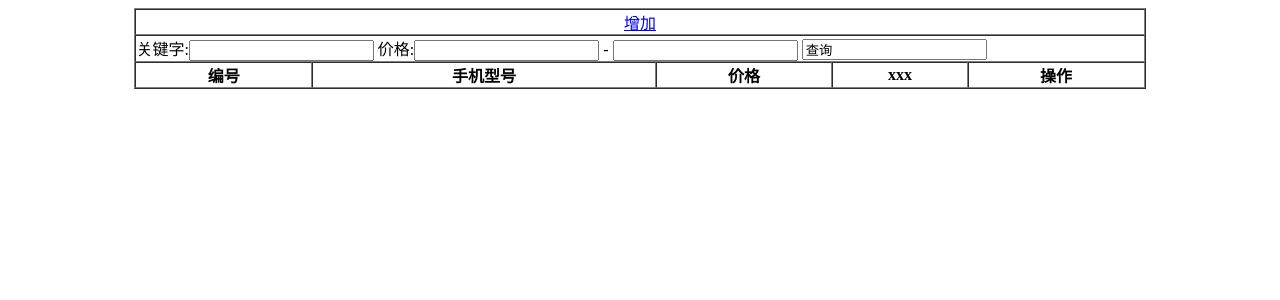
Repository: qyl1006/JavaCode
Page: http://localhost/task02/product
These files come from the project's save history. The page is drawn as it stood at one moment and after the next save; the edit follows.
The browser window is 1280 px wide. The pictures show the whole page.
The page is served by Tomcat 9. Other server files are loaded and not shown. Queries for data that is not in the repository find no rows.

Above is the page before, as saved 2018-03-15 04:42:34.

### workspace/task02/webapp/WEB-INF/views/product/list.jsp
<%@ page language="java" contentType="text/html; charset=UTF-8"
    pageEncoding="UTF-8"%>
<!DOCTYPE html PUBLIC "-//W3C//DTD HTML 4.01 Transitional//EN" "http://www.w3.org/TR/html4/loose.dtd">

<%@ taglib prefix="c" uri="http://java.sun.com/jsp/jstl/core"%>
<html>
<head>
<meta http-equiv="Content-Type" content="text/html; charset=UTF-8">
<title>Insert title here</title>
</head>
<body>
<form action="/product" method="post" id="f1">
	<table align="center" border="1" width="80%" cellpadding="0" cellspacing="0">
		<tr align="center">
			<td colspan="5">
				<a href="/product?cmd=edit">增加</a>
			</td>
		</tr>
		<tr>
			<td colspan="5">
				关键字:<input type="text" name="keyWord" value="${qo.keyWord}"/>
				价格:<input type="number" name="minPrice" valus="${qo.minPrice}"/> -
					<input type="number" name="maxPrice" valus="${qo.maxPrice}"/>
					<input type="text" value="查询"/>
			</td>
		</tr>
		<tr align="center">
			<th>编号</th>
			<th>手机型号</th>
			<th>价格</th>
			<th>xxx</th>
			<th>操作</th>
		</tr>
	<c:forEach items="${result.data}" var="p" varStatus="vs">
		<tr align="center" style="background-color: ${vs.count % 2 == 0 ? '' : 'red'}">
			<td>${p.id}</td>
			<td>${p.name}</td>
			<td>${p.price}</td>
			<td>${p.info}</td>
			<td>
				<a href="/product?cmd=edit&id=${p.id}">编辑</a>
				<a href="/product?cmd=delete&id=${p.id}">删除</a>
			</td>
		</tr>
	</c:forEach>
	</table>
</form>
</body>
</html>

### workspace/task02/src/cn/wolfcode/shop/web/servlet/ProductServlet.java
package cn.wolfcode.shop.web.servlet;

import java.io.IOException;
import java.math.BigDecimal;

import javax.servlet.ServletException;
import javax.servlet.annotation.WebServlet;
import javax.servlet.http.HttpServlet;
import javax.servlet.http.HttpServletRequest;
import javax.servlet.http.HttpServletResponse;

import cn.wolfcode.shop.domain.Product;
import cn.wolfcode.shop.query.PageResult;
import cn.wolfcode.shop.query.ProductQueryObject;
import cn.wolfcode.shop.service.IProduService;
import cn.wolfcode.shop.service.impl.ProduServiceImpl;
import cn.wolfcode.shop.util.StringUtil;

@WebServlet("/product")
public class ProductServlet extends HttpServlet {
	private static final long serialVersionUID = 1L;
	private IProduService service = new ProduServiceImpl();

	public void init() throws ServletException {
		System.out.println(123);
	}

	protected void service(HttpServletRequest req, HttpServletResponse resp)
			throws ServletException, IOException {
		req.setCharacterEncoding("utf-8");
		String cmd = req.getParameter("cmd");
		if("saveOrUpdate".equals(cmd)){
			saveOrUpdate(req, resp);
		}else if("delete".equals(cmd)){
			delete(req, resp);
		}else if("edit".equals(cmd)){
			edit(req, resp);
		}else{
			list(req, resp);
		}

	}
	private void list(HttpServletRequest req, HttpServletResponse resp)
			throws ServletException, IOException {
		ProductQueryObject qo = creatQo(req);
		PageResult result = service.query(qo);

		req.setAttribute("qo", qo);
		req.setAttribute("result", result);

		req.getRequestDispatcher("/WEB-INF/views/product/list.jsp").forward(req, resp);

	}
	private ProductQueryObject creatQo(HttpServletRequest req) {
		ProductQueryObject qo = new ProductQueryObject();

		String currentPage = req.getParameter("currentPage");
		String pageSize = req.getParameter("pageSize");
		String keyWord = req.getParameter("keyWord");
		String minPrice = req.getParameter("minPrice");
		String maxPrice = req.getParameter("maxPrice");

		if(StringUtil.hasLength(currentPage)){
			qo.setCurrentPage(Integer.valueOf(currentPage.trim()));
		}
		if(StringUtil.hasLength(pageSize)){
			qo.setPageSize(Integer.valueOf(pageSize.trim()));
		}

		if(StringUtil.hasLength(keyWord)){
			qo.setKeyWord(keyWord.trim());
		}

		if(StringUtil.hasLength(minPrice)){
			qo.setMinPrice(new BigDecimal(minPrice.trim()));
		}

		if(StringUtil.hasLength(maxPrice)){
			qo.setMaxPrice(new BigDecimal(maxPrice.trim()));
		}

		return qo;
	}

	private void delete(HttpServletRequest req, HttpServletResponse resp)
			throws ServletException, IOException {
		String id = req.getParameter("id");
		if(StringUtil.hasLength(id)){
			service.delete(Long.valueOf(id.trim()));
		}

		resp.sendRedirect("/product");

	}
	private void edit(HttpServletRequest req, HttpServletResponse resp)
			throws ServletException, IOException {
		String id = req.getParameter("id");
		if(StringUtil.hasLength(id)){
			Product product = service.get(Long.valueOf(id.trim()));
			req.setAttribute("p", product);
		}

		req.getRequestDispatcher("/WEB-INF/views/product/edit.jsp").forward(req, resp);
	}
	private void saveOrUpdate(HttpServletRequest req, HttpServletResponse resp)
			throws ServletException, IOException {

		String id = req.getParameter("id");
		String name = req.getParameter("name");
		String price = req.getParameter("price");
		String info = req.getParameter("info");

		Product p = new Product();
		if(StringUtil.hasLength(name)){
			p.setName(name.trim());
		}
		if(StringUtil.hasLength(price)){
			p.setPrice(new BigDecimal(price.trim()));
		}
		if(StringUtil.hasLength(info)){
			p.setInfo(info.trim());
		}

		if(StringUtil.hasLength(id)){
			p.setId(Long.valueOf(id.trim()));
			service.update(p);
		}else{
			service.save(p);
		}

		resp.sendRedirect("/product");
	}
}

### workspace/task02/src/cn/wolfcode/shop/service/impl/ProduServiceImpl.java
package cn.wolfcode.shop.service.impl;

import java.util.List;

import cn.wolfcode.shop.dao.IProductDAO;
import cn.wolfcode.shop.dao.impl.ProduDAOImpl;
import cn.wolfcode.shop.domain.Product;
import cn.wolfcode.shop.query.PageResult;
import cn.wolfcode.shop.query.ProductQueryObject;
import cn.wolfcode.shop.service.IProduService;

public class ProduServiceImpl implements IProduService {

	private IProductDAO dao = new ProduDAOImpl();

	public void save(Product p) {
		dao.save(p);
	}

	public void update(Product p) {
		dao.update(p);
	}

	public void delete(Long id) {
		dao.delete(id);
	}

	public Product get(Long id) {
		return dao.get(id);
	}

	public PageResult query(ProductQueryObject qo) {
		Long count = dao.queryCount(qo);
		if(count == 0L){
			return PageResult.EMPYT_PAGE;
		}
		List<Product> data = dao.query(qo);
		return new PageResult(qo.getCurrentPage(), qo.getPageSize(), count, data);
	}

}

### workspace/task02/src/cn/wolfcode/shop/dao/IProductDAO.java
package cn.wolfcode.shop.dao;

import java.util.List;

import cn.wolfcode.shop.domain.Product;
import cn.wolfcode.shop.query.ProductQueryObject;

public interface IProductDAO {
	void save(Product p);
	void update(Product p);
	void delete(Long id);
	Product get(Long id);

	Long queryCount(ProductQueryObject qo);
	List<Product> query(ProductQueryObject qo);
}

### workspace/task02/src/cn/wolfcode/shop/dao/impl/ProduDAOImpl.java
package cn.wolfcode.shop.dao.impl;

import java.util.List;

import org.apache.ibatis.session.SqlSession;

import cn.wolfcode.shop.dao.IProductDAO;
import cn.wolfcode.shop.domain.Product;
import cn.wolfcode.shop.query.ProductQueryObject;
import cn.wolfcode.shop.util.MyBatisUtil;
import lombok.Cleanup;

public class ProduDAOImpl implements IProductDAO {

	public void save(Product p) {
		@Cleanup
		SqlSession session = MyBatisUtil.getSession();
		session.update("product.save", p);
		session.commit();
	}


	public void update(Product p) {
		@Cleanup
		SqlSession session = MyBatisUtil.getSession();
		session.update("product.update", p);
		session.commit();

	}

	public void delete(Long id) {
		@Cleanup
		SqlSession session = MyBatisUtil.getSession();
		session.update("product.delete", id);
		session.commit();
	}

	public Product get(Long id) {
		@Cleanup
		SqlSession session = MyBatisUtil.getSession();
		return session.selectOne("product.get", id);
	}

	public Long queryCount(ProductQueryObject qo) {
		@Cleanup
		SqlSession session = MyBatisUtil.getSession();
		return session.selectOne("product.queryCount", qo);
	}

	public List<Product> query(ProductQueryObject qo) {
		@Cleanup
		SqlSession session = MyBatisUtil.getSession();
		return session.selectList("product.query", qo);
	}

}

### workspace/task02/src/cn/wolfcode/shop/util/StringUtil.java
package cn.wolfcode.shop.util;

public abstract class StringUtil {
	public static boolean hasLength(String str){
		return str != null && str.trim().length() > 0;
	}

	public static String Empty2Null(String str){
		return hasLength(str) ? str : null;
	}
}

### workspace/task02/src/cn/wolfcode/shop/util/MyBatisUtil.java
package cn.wolfcode.shop.util;

import java.io.InputStream;

import org.apache.ibatis.io.Resources;
import org.apache.ibatis.session.SqlSession;
import org.apache.ibatis.session.SqlSessionFactory;
import org.apache.ibatis.session.SqlSessionFactoryBuilder;

public abstract class MyBatisUtil {
	private static SqlSessionFactory factory;

	static{
		try {
			InputStream in = Resources.getResourceAsStream("mybatis.xml");
			factory = new SqlSessionFactoryBuilder().build(in);
		} catch (Exception e) {
			e.printStackTrace();
		}
	}

	public static SqlSession getSession(){
		return factory.openSession();
	}
}

### workspace/task02/src/cn/wolfcode/shop/domain/Product.java
package cn.wolfcode.shop.domain;

import java.math.BigDecimal;

import lombok.AllArgsConstructor;
import lombok.Getter;
import lombok.NoArgsConstructor;
import lombok.Setter;
import lombok.ToString;

@Setter @Getter @ToString @AllArgsConstructor @NoArgsConstructor
public class Product {
	private Long id;
	private String name;
	private BigDecimal price;
	private String info;
}

### workspace/task02/src/cn/wolfcode/shop/query/PageResult.java
package cn.wolfcode.shop.query;

import java.util.Collections;
import java.util.List;

import cn.wolfcode.shop.domain.Product;
import lombok.Getter;
import lombok.Setter;

@Setter @Getter
public class PageResult {
	@SuppressWarnings("unchecked")
	public static final PageResult EMPYT_PAGE = new PageResult(1, 1, 0L, Collections.EMPTY_LIST);


	private int currentPage;
	private int pageSize;

	private Long pageCount;
	private List<Product> data;

	private int endPage;
	private int prevPage;
	private int nextPage;
	public PageResult(int currentPage, int pageSize, Long pageCount,
			List<Product> data) {
		super();
		this.currentPage = currentPage;
		this.pageSize = pageSize;
		this.pageCount = pageCount;
		this.data = data;

		if(pageCount <= pageSize){
			endPage = 1;
			prevPage = 1;
			nextPage = 1;
			return;
		}

		endPage = (int) (pageCount % pageSize == 0 ? pageCount / pageSize : pageCount / pageSize + 1);
		prevPage = currentPage > 2 ? currentPage - 1 : 1;
		nextPage = currentPage < endPage ? currentPage + 1 : endPage;
	}


}

After the next save:
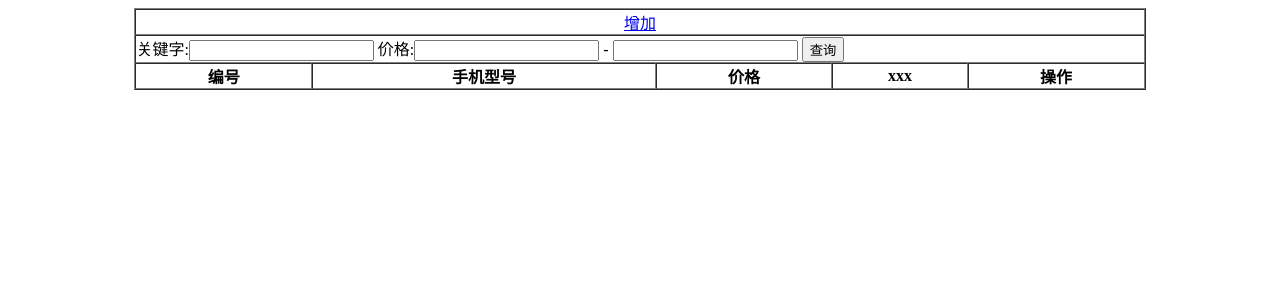
Saved 19 s later.
--- a/workspace/task02/webapp/WEB-INF/views/product/list.jsp
+++ b/workspace/task02/webapp/WEB-INF/views/product/list.jsp
@@ -21,7 +21,7 @@
 				关键字:<input type="text" name="keyWord" value="${qo.keyWord}"/>
 				价格:<input type="number" name="minPrice" valus="${qo.minPrice}"/> -
 					<input type="number" name="maxPrice" valus="${qo.maxPrice}"/>
-					<input type="text" value="查询"/>
+					<input type="submit" value="查询"/>
 			</td>
 		</tr>
 		<tr align="center">
